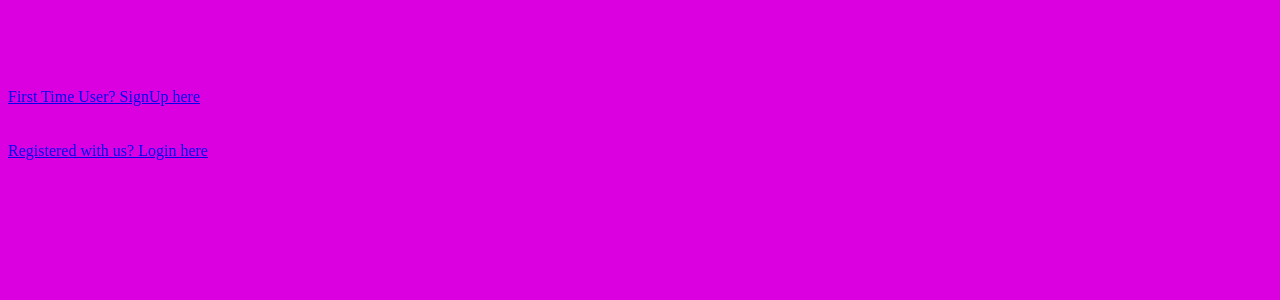
Repository: sultanaNargis03/IndustryReadyJavaSpringBoot
Page: Servlet/workspace/Learningportal/src/main/webapp/index.html
An editor plug-in stored every save of this project. The page is shown before and after the next save, followed by the edit.
The browser window is 1280 px wide. The pictures show the whole page.

Above is the page before, as saved 2023-12-07 15:10:19.

After the next save:
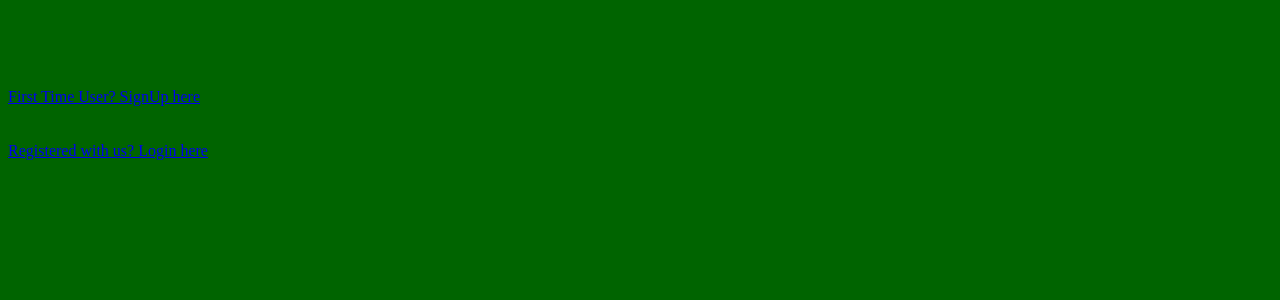
Saved 14 s later.
--- a/Servlet/workspace/Learningportal/src/main/webapp/index.html
+++ b/Servlet/workspace/Learningportal/src/main/webapp/index.html
@@ -4,7 +4,7 @@
 <meta charset="ISO-8859-1">
 <title>Landing page</title>
 </head>
-<body bgcolor="dark green">
+<body bgcolor="darkgreen">
 <h1><marquee>Welcome to our App</marquee></h1>
 <a href='register.html'>First Time User? SignUp here</a><br/><br/><br/>
 <a href='login.html'>Registered with us? Login here</ahref='register.html'>
